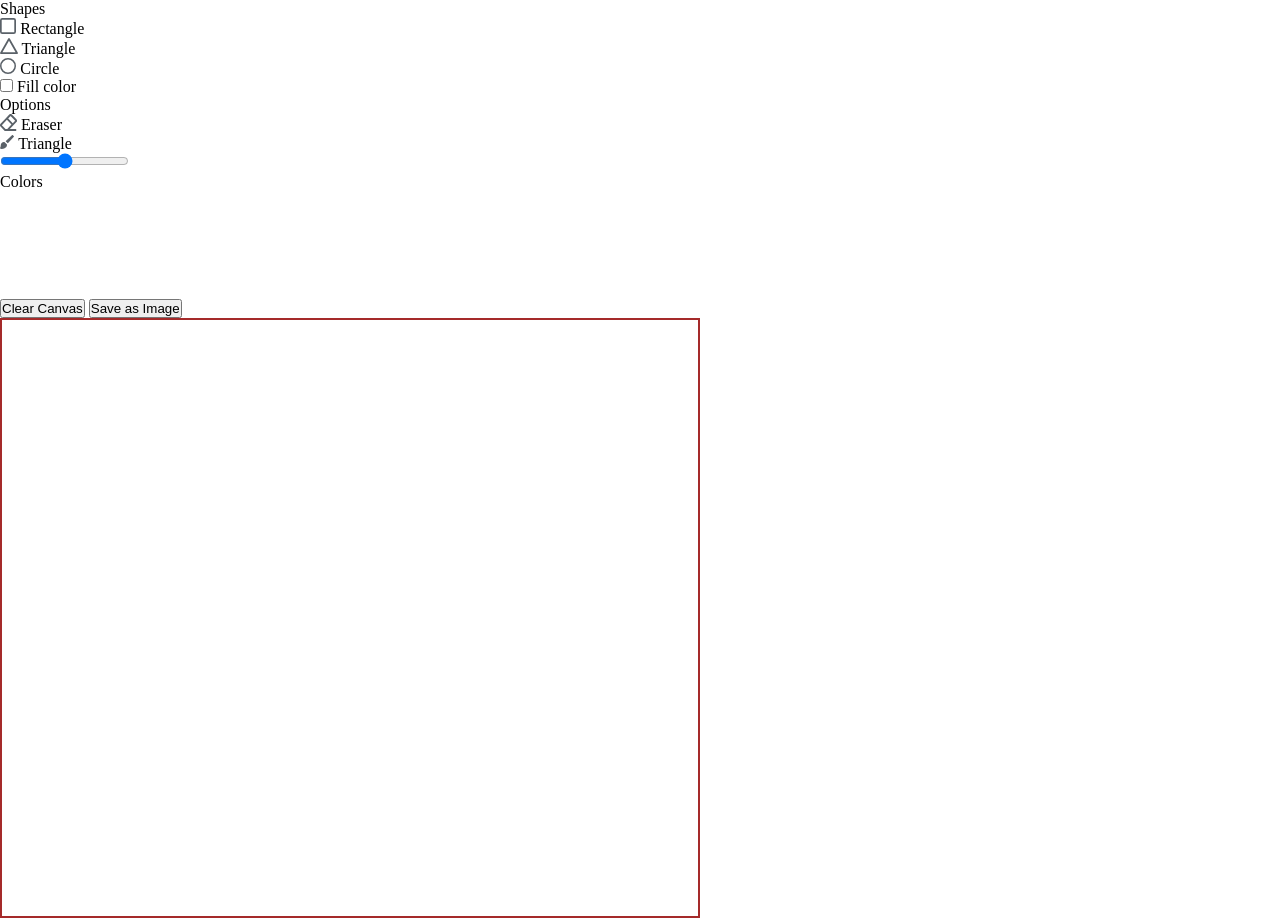
Repository: mdsajib50/Drawing-app
Page: index.html
These files come from the project's save history. The page is drawn as it stood at one moment and after a run of saves; the edit follows.
The browser window is 1280 px wide. The pictures show the whole page.

Above is the page before, as saved 2025-02-17 21:28:26.

After the next 2 saves:
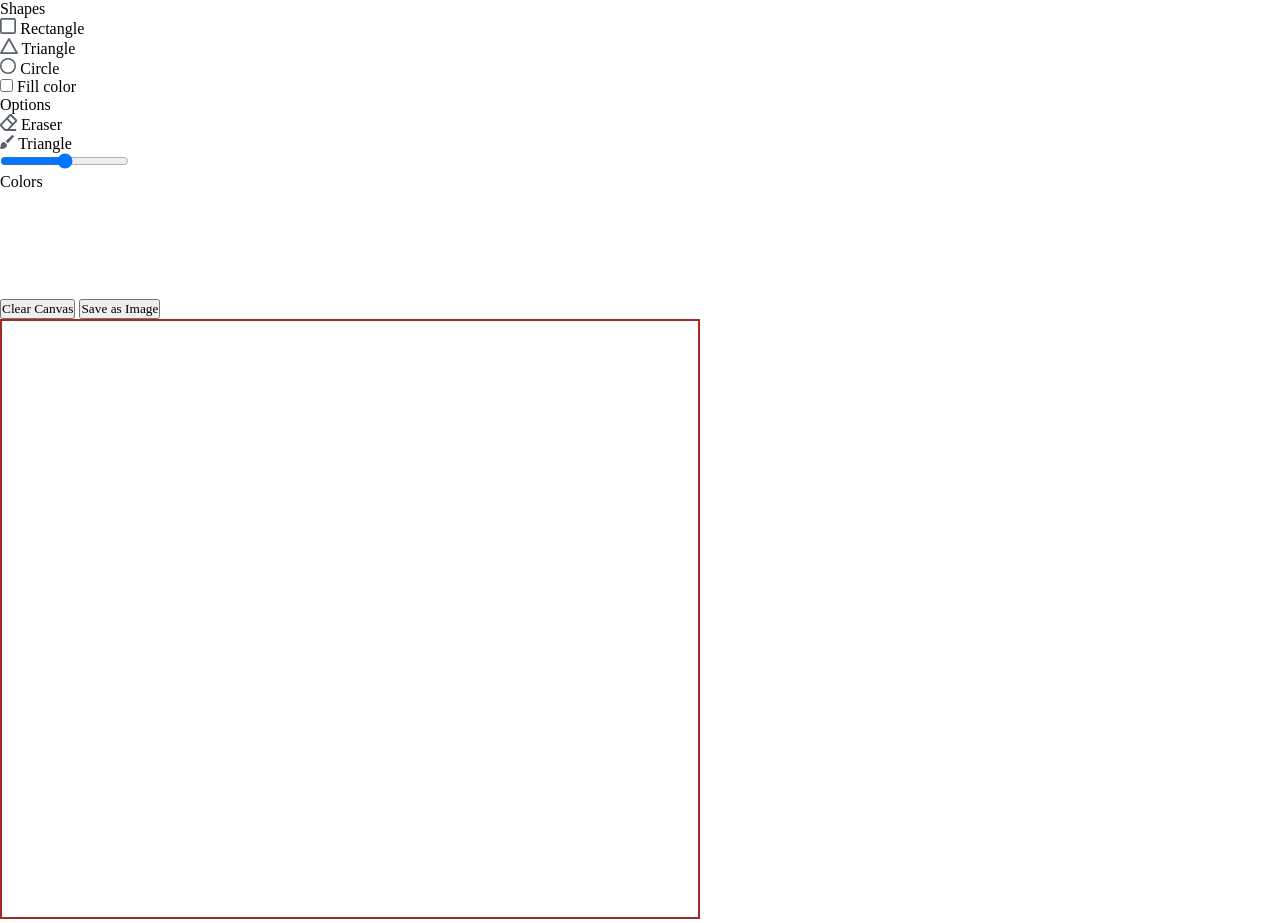
The 2 saves are shown as one change because they came seconds apart.
The last was saved 9 s later.
--- a/style.css
+++ b/style.css
@@ -2,7 +2,7 @@
     margin: 0;
     padding: 0;
     box-sizing: border-box;
-    font-family: ;
+    font-family: Po;
 }
 canvas{
     width: 700px;
